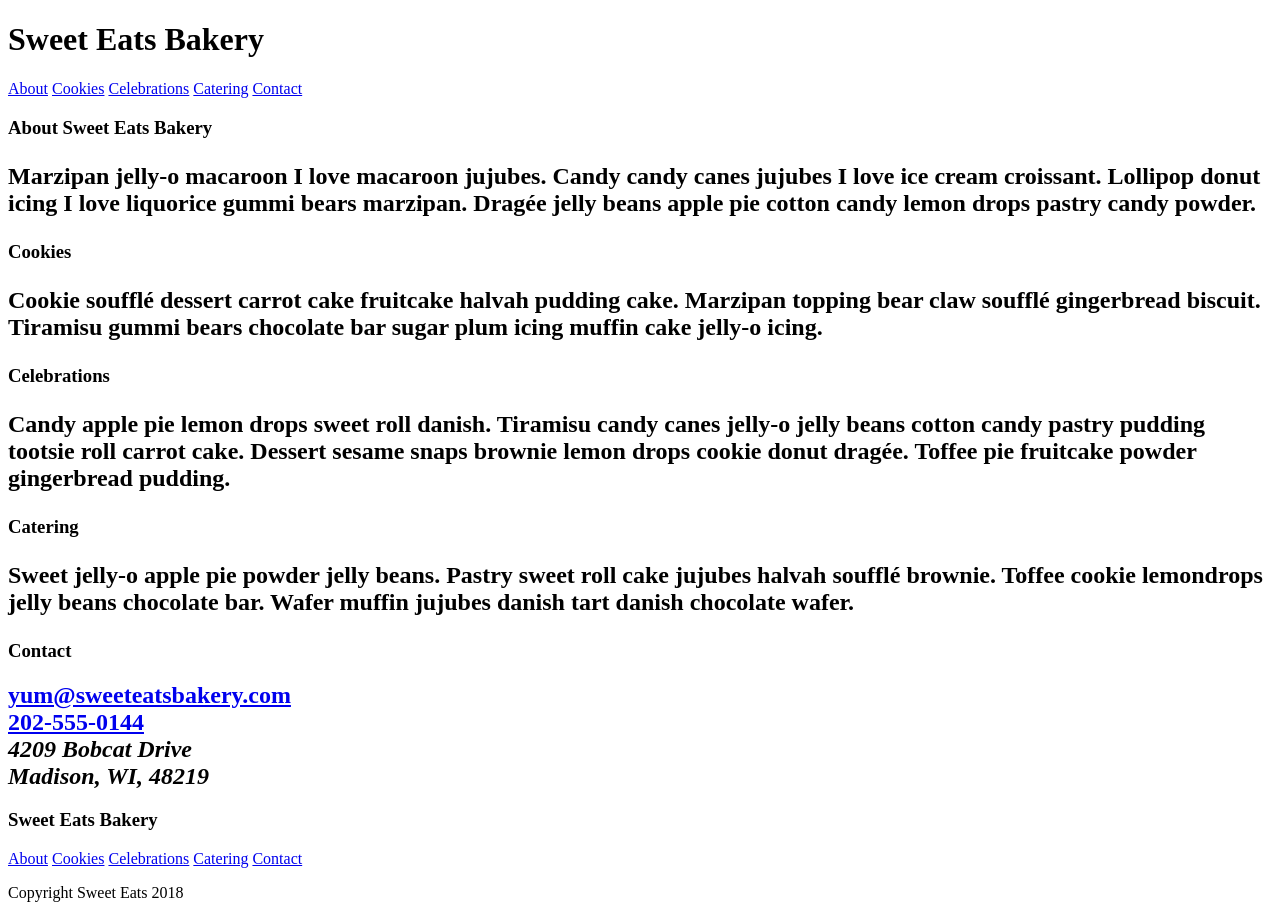
Repository: yoshimario/web-module-challenge-user-interface
Page: index.html
An editor plug-in stored every save of this project. The page is shown before and after the next save, followed by the edit.
The browser window is 1280 px wide. The pictures show the whole page.
Some web fonts or font styles are not loaded; a fallback is used.

Above is the page before, as saved 2023-05-15 13:33:15.

### index.html
<!DOCTYPE html>
<html lang="en">

<head>
    <meta charset="UTF-8">
    <!-- import your css file -->
    <link href="https://fonts.googleapis.com/css?family=Gaegu|Roboto" rel="stylesheet">
    <title>Sweet Eats Bakery</title>
</head>

<body>

    <!-- company name -->
    <h1>Sweet Eats Bakery</h1>
    <header headerNavLinksf>
        <!-- Navigation -->
        <nav>
            <a href="#about">About</a>
            <a href="#cookies">Cookies</a>
            <a href="#celebrations">Celebrations</a>
            <a href="#catering">Catering</a>
            <a href="#contact">Contact</a>
        </nav>
    </header>
    <!-- Image https://tk-assets.lambdaschool.com/bcf76f62-2431-4c22-b466-2e711f3da2b9_ui-i-bakery-main-header.png -->

    <!-- Marketing header -->
    <section id="about">
        <h3>About Sweet Eats Bakery </h3>

        <h2>
            <p>Marzipan jelly-o macaroon I love macaroon jujubes. Candy candy canes jujubes I love ice cream croissant.
                Lollipop
                donut icing I love liquorice gummi bears marzipan. Dragée jelly beans apple pie cotton candy lemon drops
                pastry candy
                powder.</p>
        </h2>
    </section>
    <!-- content -->

    <!-- Image https://tk-assets.lambdaschool.com/7393a8fd-c8e5-4003-921f-79e0d546d02c_ui-i-bakery-cookies.png -->
    <section id="cookies">
        <h3>Cookies</h3>

        <h2>
            <p>Cookie soufflé dessert carrot cake fruitcake halvah pudding cake. Marzipan topping bear claw soufflé
                gingerbread
                biscuit. Tiramisu gummi bears chocolate bar sugar plum icing muffin cake jelly-o icing.</p>
        </h2>
    </section>
    <!-- Image https://tk-assets.lambdaschool.com/297378d6-9c89-430f-9d2e-46ae3d5edce8_ui-i-bakery-cupcake-i.png -->

    <section id="celebrations">
        <h3>Celebrations</h3>

        <h2>
            <p>Candy apple pie lemon drops sweet roll danish. Tiramisu candy canes jelly-o jelly beans cotton candy
                pastry
                pudding
                tootsie roll carrot cake. Dessert sesame snaps brownie lemon drops cookie donut dragée. Toffee pie
                fruitcake
                powder
                gingerbread pudding.</p>
        </h2>
    </section>
    <!-- Image https://tk-assets.lambdaschool.com/ab0cb095-5900-476c-b042-aea065d3dbbf_ui-i-bakery-celebrate.png -->
    <section id="catering">
        <h3>Catering</h3>

        <h2>
            <p>Sweet jelly-o apple pie powder jelly beans. Pastry sweet roll cake jujubes halvah soufflé brownie. Toffee
                cookie
                lemondrops jelly beans chocolate bar. Wafer muffin jujubes danish tart danish chocolate wafer.</p>
        </h2>
    </section>
    <section id="contact">
        <h3>Contact</h3>
        <h2>
            <a href="mailto:yum@sweeteatsbakery.com">yum@sweeteatsbakery.com</a><br>
            <a href="tel:202-555-0144">202-555-0144</a><br>
            <address>4209 Bobcat Drive<br>
                Madison, WI, 48219</address>
        </h2>
    </section>
    <!-- footer -->
    <footer>
        <h3>Sweet Eats Bakery</h3>
        <nav>
            <a href="#about">About</a>
            <a href="#cookies">Cookies</a>
            <a href="#celebrations">Celebrations</a>
            <a href="#catering">Catering</a>
            <a href="#contact">Contact</a>
        </nav>
        <p>Copyright Sweet Eats 2018</p>
    </footer>
</body>

</html>

After the next save:
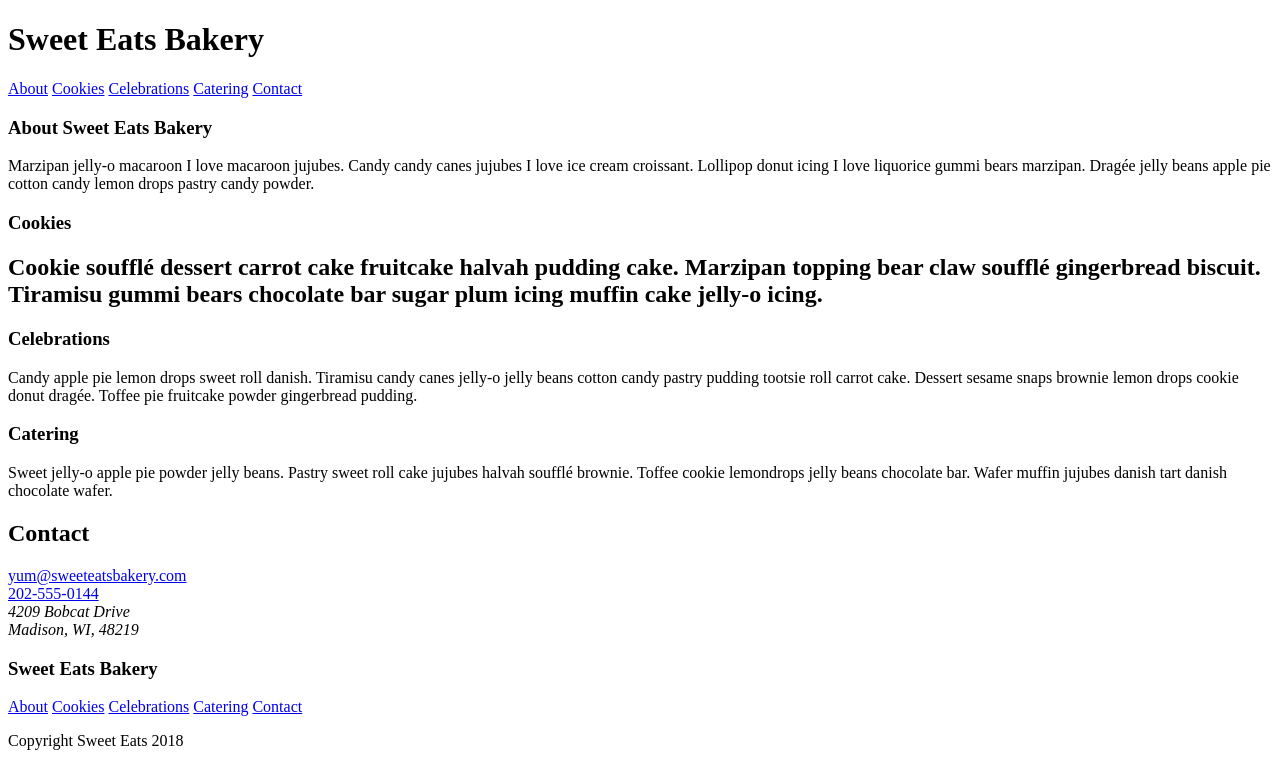
Saved 102 s later.
--- a/index.html
+++ b/index.html
@@ -28,13 +28,11 @@
     <section id="about">
         <h3>About Sweet Eats Bakery </h3>
 
-        <h2>
-            <p>Marzipan jelly-o macaroon I love macaroon jujubes. Candy candy canes jujubes I love ice cream croissant.
-                Lollipop
-                donut icing I love liquorice gummi bears marzipan. Dragée jelly beans apple pie cotton candy lemon drops
-                pastry candy
-                powder.</p>
-        </h2>
+        <p>Marzipan jelly-o macaroon I love macaroon jujubes. Candy candy canes jujubes I love ice cream croissant.
+            Lollipop
+            donut icing I love liquorice gummi bears marzipan. Dragée jelly beans apple pie cotton candy lemon drops
+            pastry candy
+            powder.</p>
     </section>
     <!-- content -->
 
@@ -42,45 +40,35 @@
     <section id="cookies">
         <h3>Cookies</h3>
 
-        <h2>
-            <p>Cookie soufflé dessert carrot cake fruitcake halvah pudding cake. Marzipan topping bear claw soufflé
-                gingerbread
-                biscuit. Tiramisu gummi bears chocolate bar sugar plum icing muffin cake jelly-o icing.</p>
-        </h2>
+        <h2>Cookie soufflé dessert carrot cake fruitcake halvah pudding cake. Marzipan topping bear claw soufflé gingerbread
+        biscuit. Tiramisu gummi bears chocolate bar sugar plum icing muffin cake jelly-o icing.</h2>
     </section>
     <!-- Image https://tk-assets.lambdaschool.com/297378d6-9c89-430f-9d2e-46ae3d5edce8_ui-i-bakery-cupcake-i.png -->
 
     <section id="celebrations">
         <h3>Celebrations</h3>
 
-        <h2>
-            <p>Candy apple pie lemon drops sweet roll danish. Tiramisu candy canes jelly-o jelly beans cotton candy
-                pastry
-                pudding
-                tootsie roll carrot cake. Dessert sesame snaps brownie lemon drops cookie donut dragée. Toffee pie
-                fruitcake
-                powder
-                gingerbread pudding.</p>
-        </h2>
+        <p>Candy apple pie lemon drops sweet roll danish. Tiramisu candy canes jelly-o jelly beans cotton candy pastry
+            pudding
+            tootsie roll carrot cake. Dessert sesame snaps brownie lemon drops cookie donut dragée. Toffee pie fruitcake
+            powder
+            gingerbread pudding.</p>
     </section>
     <!-- Image https://tk-assets.lambdaschool.com/ab0cb095-5900-476c-b042-aea065d3dbbf_ui-i-bakery-celebrate.png -->
     <section id="catering">
         <h3>Catering</h3>
 
-        <h2>
-            <p>Sweet jelly-o apple pie powder jelly beans. Pastry sweet roll cake jujubes halvah soufflé brownie. Toffee
-                cookie
-                lemondrops jelly beans chocolate bar. Wafer muffin jujubes danish tart danish chocolate wafer.</p>
-        </h2>
+        <p>Sweet jelly-o apple pie powder jelly beans. Pastry sweet roll cake jujubes halvah soufflé brownie. Toffee
+            cookie
+            lemondrops jelly beans chocolate bar. Wafer muffin jujubes danish tart danish chocolate wafer.</p>
     </section>
     <section id="contact">
-        <h3>Contact</h3>
-        <h2>
-            <a href="mailto:yum@sweeteatsbakery.com">yum@sweeteatsbakery.com</a><br>
-            <a href="tel:202-555-0144">202-555-0144</a><br>
-            <address>4209 Bobcat Drive<br>
-                Madison, WI, 48219</address>
-        </h2>
+        <h2>Contact</h2>
+
+        <a href="mailto:yum@sweeteatsbakery.com">yum@sweeteatsbakery.com</a><br>
+        <a href="tel:202-555-0144">202-555-0144</a><br>
+        <address>4209 Bobcat Drive<br>
+            Madison, WI, 48219</address>
     </section>
     <!-- footer -->
     <footer>
